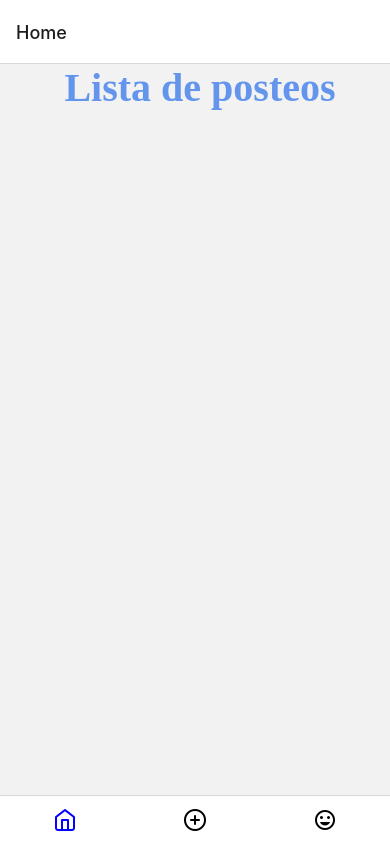
Repository: larafernandezo/finalprog3
Screen: /Menu
An editor plug-in stored every save of this project. The screen is shown before and after the next save, followed by the edit.
The page's requests for data from a server got no answer. The app was drawn by React Native's web renderer in a window 390 px wide. The project was rebuilt for these pictures with package versions that can differ from the ones it lists, and the page was loaded fresh each time. No one was signed in, and anything a server would have sent is missing. Also part of the build but not shown: src/components/Camera.js, src/screens/Registro.js, src/components/Post.js, src/screens/MiPerfil.js, src/screens/NuevoPost.js, src/screens/Perfil.js.

Above is the screen before, as saved 2022-11-22 11:17:35.

After the next save:
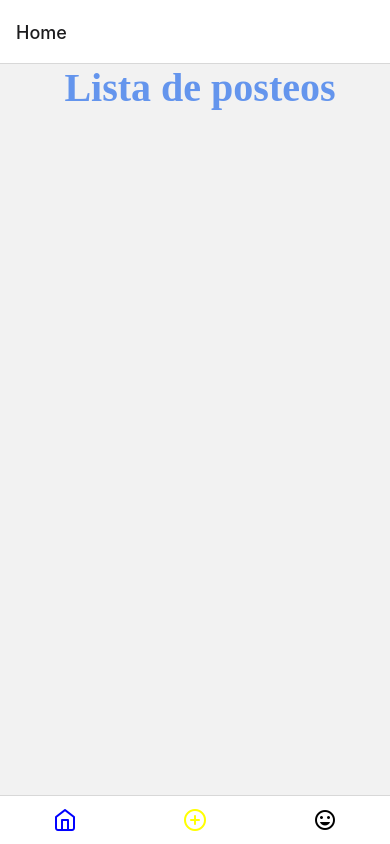
Saved 7 s later.
--- a/src/components/Menu.js
+++ b/src/components/Menu.js
@@ -13,7 +13,7 @@ function Menu () {
     return(
         <Tab.Navigator screenOptions = {{ tabBarShowLabel: false}}>
                 <Tab.Screen name = "Home" component={ Home } options ={ { tabBarIcon: () => <Feather name="home" size={24} color="blue" /> } }  />
-            <Tab.Screen name = "Postear" component={ NuevoPost }  options ={{ tabBarIcon: () => <Feather name="plus-circle" size={24} color="black" /> }}/>
+            <Tab.Screen name = "Postear" component={ NuevoPost }  options ={{ tabBarIcon: () => <Feather name="plus-circle" size={24} color="yellow" /> }}/>
             <Tab.Screen name = "Perfil" component={ MiPerfil } options={{ tabBarIcon: () => <MaterialIcons name="tag-faces" size={24} color="black" /> }}/>
         </Tab.Navigator>
     );
